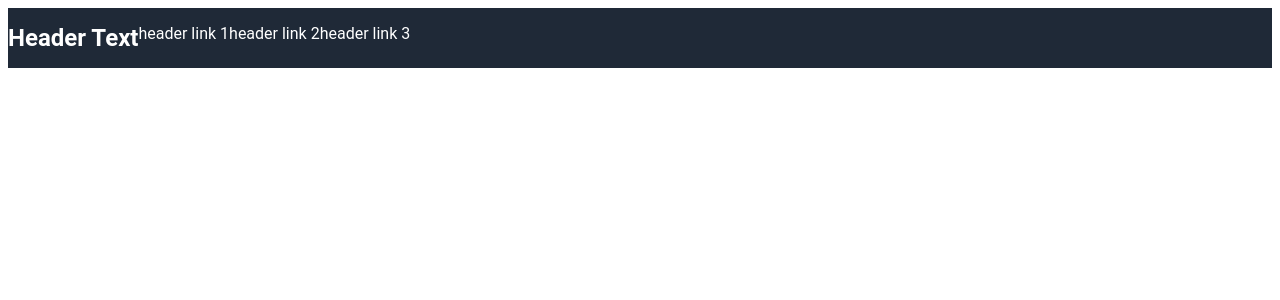
Repository: aaronestre/odin-landingpage
Page: index.html
These files come from the project's save history. The page is drawn as it stood at one moment and after the next save; the edit follows.
The browser window is 1280 px wide. The pictures show the whole page.

Above is the page before, as saved 2025-02-12 19:37:20.

### index.html
<!DOCTYPE html>
<html lang="en">
    <head>
        <meta charset="UTF-8">
        <meta http-equiv="X-UA-Compatible" content="IE=edge">
        <meta name="viewport" content="width=device-width, initial-scale=1.0">
        <link rel="stylesheet" href="index.css">
        <title>Odin Landing Page</title>
    </head>
    <body>
        <header>
            <h1>Header Text</h1>
            <p>header link 1</p>
            <p>header link 2</p>
            <p>header link 3</p>
        </header>
    </body>
</html>

### index.css
header {
    background-color: #1f2937;
    color: white;
    font-family: Roboto;
    display: flex;
}

header h1 {
    font-size: 24px;
}

After the next save:
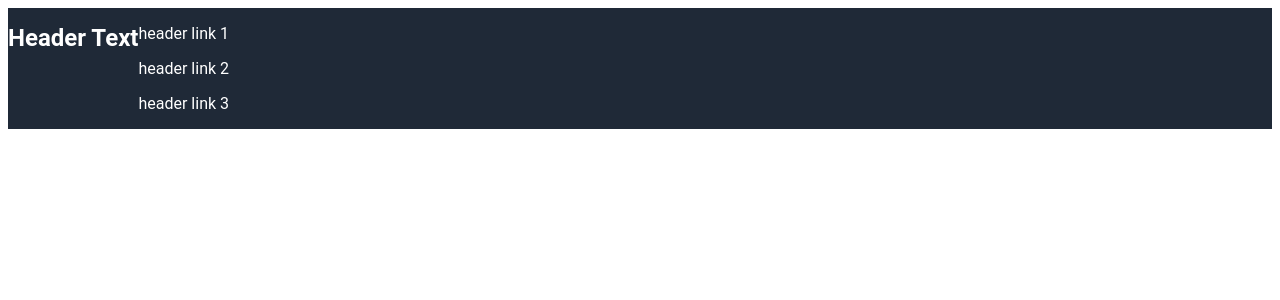
Saved 30 s later.
--- a/index.html
+++ b/index.html
@@ -10,9 +10,12 @@
     <body>
         <header>
             <h1>Header Text</h1>
-            <p>header link 1</p>
-            <p>header link 2</p>
-            <p>header link 3</p>
+            <div class="header-right">
+                <p>header link 1</p>
+                <p>header link 2</p>
+                <p>header link 3</p>
+            </div>
+
         </header>
     </body>
 </html>

After the save that followed:
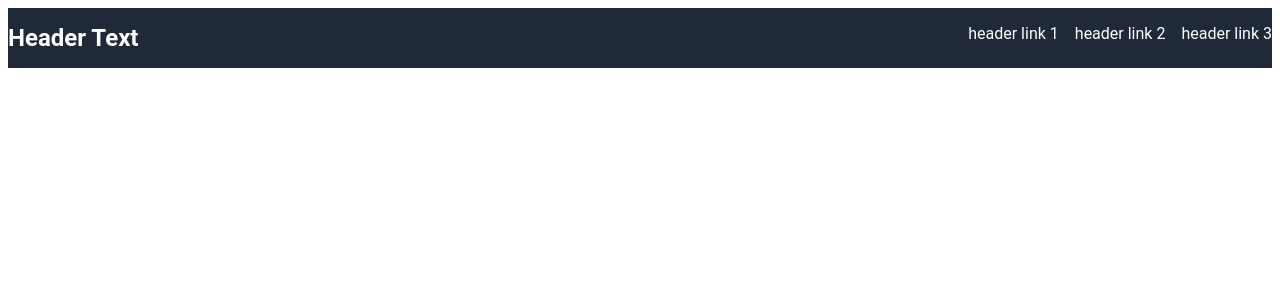
Saved 20 s later.
--- a/index.css
+++ b/index.css
@@ -8,3 +8,9 @@
 header h1 {
     font-size: 24px;
 }
+
+.header-right {
+    display: flex;
+    margin-left: auto;
+    gap: 16px;
+}
